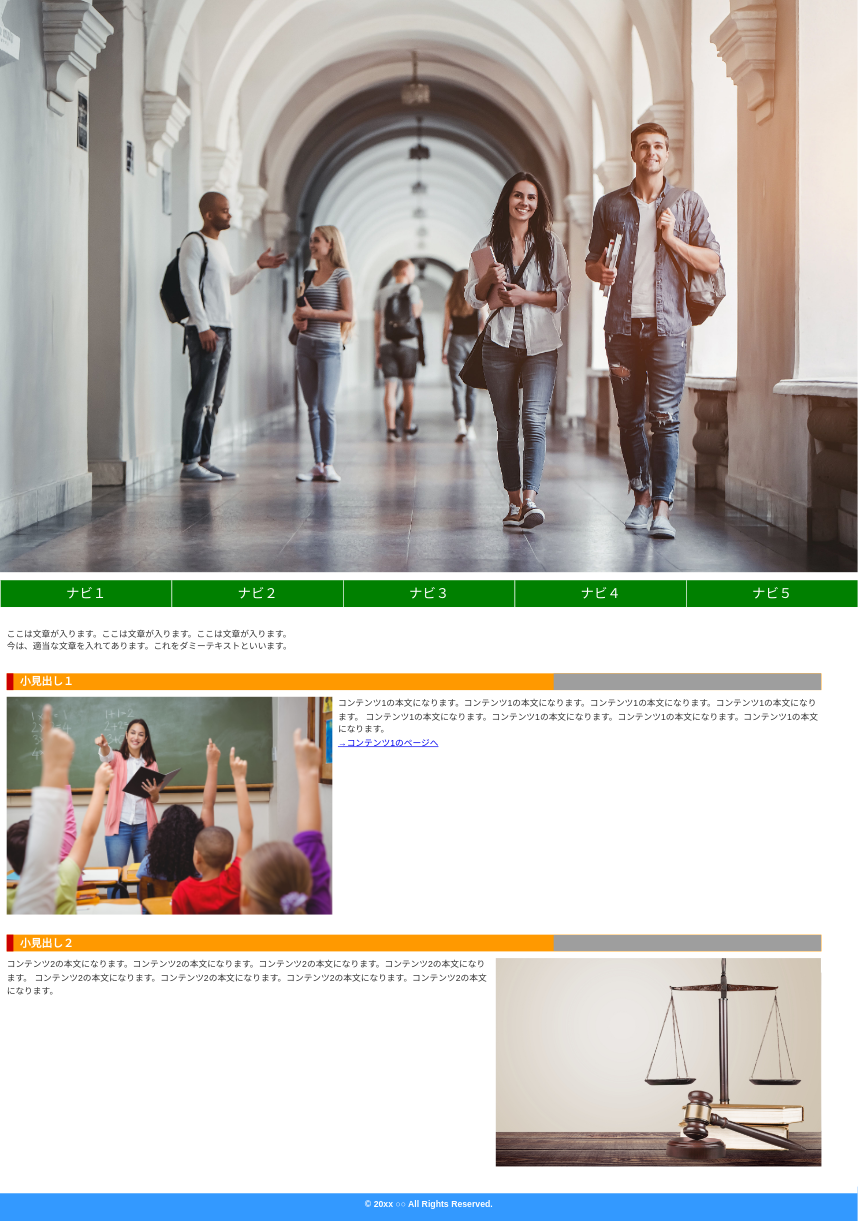
Repository: kaori0877/samurai_HTML-CSS
Page: home.html
The author's editor kept a record of every edit. The page is drawn from the files as they stood at one moment, then again after the next edit.
The browser window is 1280 px wide. The pictures show the whole page, at 67% of full size.
Pictures or frames that could not be fetched are drawn as grey boxes.

Above is the page before.

After the next edit:
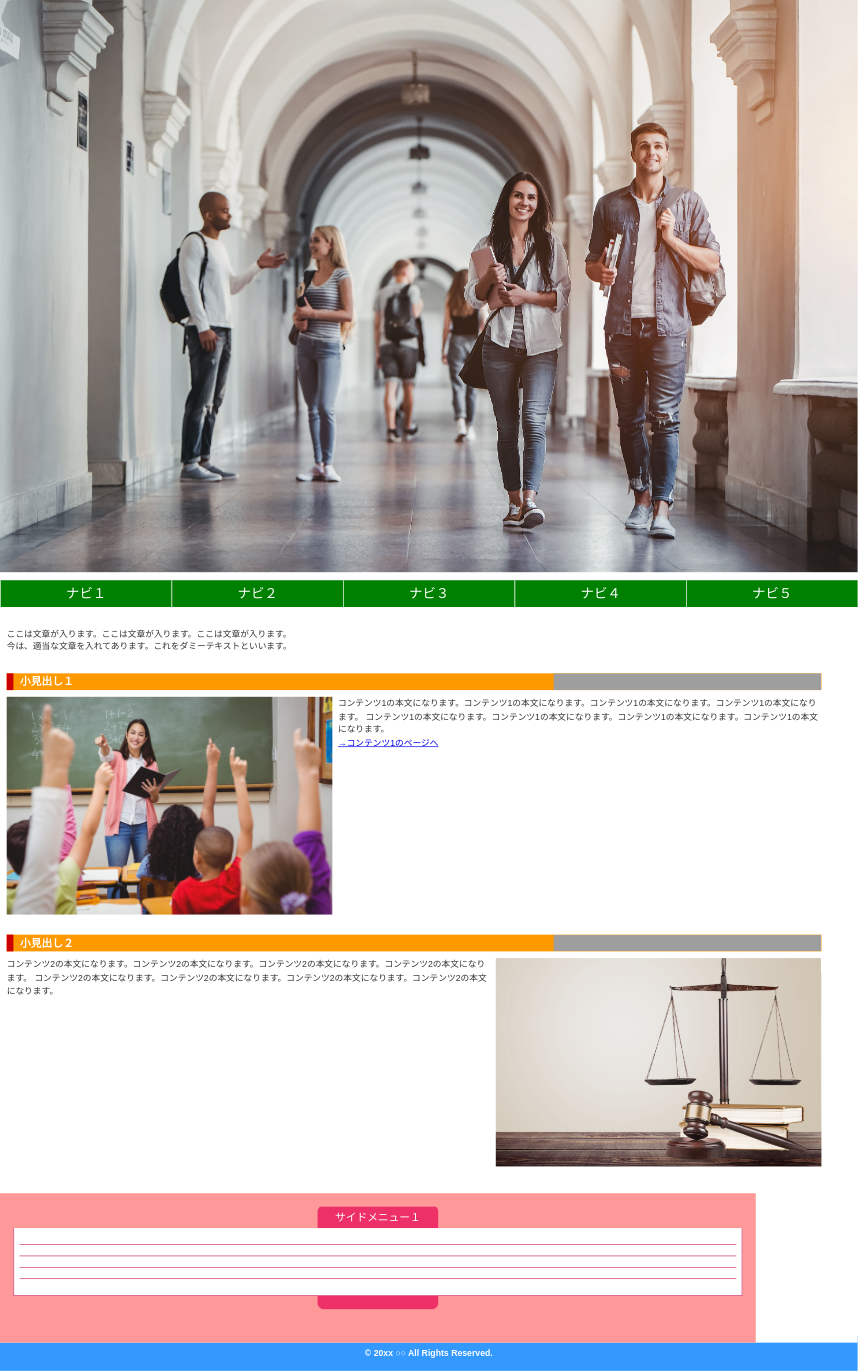
The edit:
--- a/home.html
+++ b/home.html
@@ -43,6 +43,19 @@
                         </p>
                     </div>
                 </div>
+                <div id="side">
+                    <div class="box">
+                        <h2>サイドメニュー１</h2>
+                        <div class="boxBody">
+                            <ul>
+                                <li></li>
+                                <li></li>
+                                <li></li>
+                                <li></li>
+                            </ul>
+                        </div>
+                    </div>
+                </div>
             </div>
         </div>
         <div id="footer">
